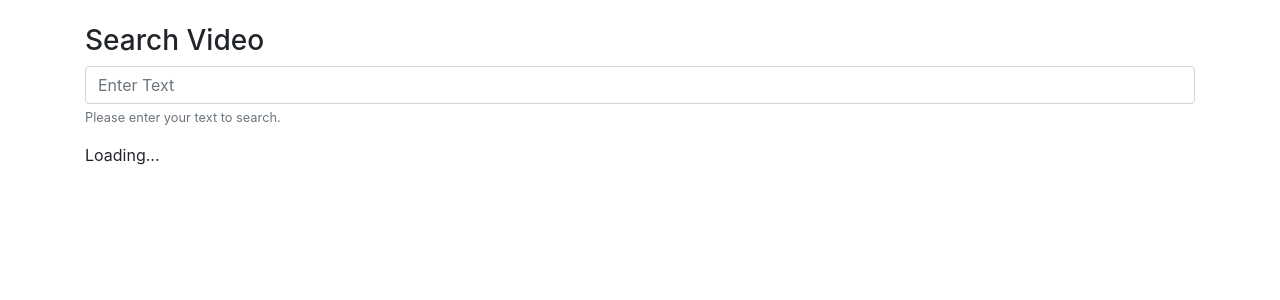
Repository: sushil50889/react-video-search-with-axios
Page: /
These files come from the project's save history. The page is drawn as it stood at one moment and after the next save; the edit follows.
The browser window is 1280 px wide. The pictures show the whole page.
The page's requests for data from a server got no answer. The project was rebuilt for these pictures with package versions that can differ from the ones it lists, and the page was loaded fresh each time. No one was signed in, and anything a server would have sent is missing. Also part of the build but not shown: src/components/main.css, src/components/VideoItem.js.

Above is the page before, as saved 2020-03-22 20:38:47.

### src/index.js
import React from 'react';
import ReactDOM from 'react-dom';
import 'bootstrap/dist/css/bootstrap.min.css';
import './index.css';
import App from './components/App';
import * as serviceWorker from './serviceWorker';

ReactDOM.render(<App />, document.getElementById('root'));

// If you want your app to work offline and load faster, you can change
// unregister() to register() below. Note this comes with some pitfalls.
// Learn more about service workers: https://bit.ly/CRA-PWA

// AIzaSyCi6pP5o8eemX4FbU9m6fp5xMJQnKjU0lE
serviceWorker.register();

### src/index.css
body {
  margin: 0;
  font-family: -apple-system, BlinkMacSystemFont, 'Segoe UI', 'Roboto', 'Oxygen',
    'Ubuntu', 'Cantarell', 'Fira Sans', 'Droid Sans', 'Helvetica Neue',
    sans-serif;
  -webkit-font-smoothing: antialiased;
  -moz-osx-font-smoothing: grayscale;
}

code {
  font-family: source-code-pro, Menlo, Monaco, Consolas, 'Courier New',
    monospace;
}

.details-text {
  font-size: 12.5px;
}

.title-text {
  font-size: 15px;
  line-height: 1.1;
  font-weight: 600;
  margin-bottom: 5px;
}

### src/components/App.js
import React from 'react';
import Search from './SearchBar';
import api from '../api/apiCalls';
import VideoList from './VideoList';
import {Container, Row, Col} from 'react-bootstrap';
import VideoDetail from './VideoDetail';


class App extends React.Component {

    state = { videos: [], selectedVideo: null };

    componentDidMount(){
        this.onTermSubmit('children toy');
    }

    onVideoSelect = video => {
        console.log('selected video data : >>>>>> ', video);
        this.setState({ selectedVideo: video });
    };

    onTermSubmit = (term)=>{
        console.log("Search term : >>> ", term);
        api.getYoutubeVideos(term).then((data) => {
            console.log('video search data : ', data);
            this.setState({ videos: data.data.items });
            this.setState({ selectedVideo: this.state.videos[0] });
        }).catch((err) => {
            console.log('image search error : ', err);
        })
    }

    render() {
        return (
            <div>
                <Container>
                    <Search onFromSubmit={this.onTermSubmit}/>
                    <Row>
                        <Col sm={8}>
                            <div className="eleven wide column">
                                <VideoDetail video={this.state.selectedVideo} />
                            </div>
                        </Col>
                        <Col sm={4}>
                        <div>
                            <VideoList onVideoSelect={this.onVideoSelect} videos={this.state.videos}/>
                        </div>
                        </Col>
                    </Row>
                </Container>
            </div>
        )
    }
}

export default App;

### src/components/SearchBar.js
import React from 'react';
// import InputGroup from 'react-bootstrap/InputGroup';
import Form from 'react-bootstrap/Form';
import Container from 'react-bootstrap/Container';

class Search extends React.Component {
    state = {
        searchTerm: ''
    };

    onChangeSearchText = (event)=>{
        this.setState({searchTerm: event.target.value});
    }

    onFormSubmit = event => {
        event.preventDefault();
        this.props.onFromSubmit(this.state.searchTerm);
    };

    render() {
        return (
            <div className="mt-4">

                    <Form onSubmit={this.onFormSubmit}>
                        <Form.Group controlId="formBasicEmail">
                            <h3>Search Video</h3>
                            <Form.Control type="search" placeholder="Enter Text" value={this.state.searchTerm} onChange={this.onChangeSearchText}/>
                            <Form.Text className="text-muted">
                                Please enter your text to search.
                            </Form.Text>
                        </Form.Group>
                    </Form>

            </div>
        )
    }
}

export default Search;

### src/api/apiCalls.js
import youtube from './config';
const apiCall = {};



apiCall.getYoutubeVideos = (term) => {
    return new Promise((resolve, reject)=>{
        const response = youtube.get('/search', {
            params: { q: term }
        });

        if(response){
            resolve(response);
        }else{
            reject(null);
        }
    })
}



export default apiCall;

### src/components/VideoList.js
import React from 'react';
import VideoItem from './VideoItem';

const VideoList = ({ videos, onVideoSelect }) => {
  const renderedList = videos.map(video => {
    return (
      <VideoItem
        key={video.id.videoId}
        onVideoSelect={onVideoSelect}
        video={video}
      />
    );
  });

  return <div>{renderedList}</div>;
};

export default VideoList;

### src/components/VideoDetail.js
import React from 'react';
import {Card, ResponsiveEmbed} from 'react-bootstrap';
import './main.css';


const VideoDetail = ({ video }) => {
  if (!video) {
    return <div>Loading...</div>;
  }

  const videoSrc = `https://www.youtube.com/embed/${video.id.videoId}`;

  return (
    <div>

        <div className="frame">
            <ResponsiveEmbed aspectRatio="16by9">
                <iframe title="video player" src={videoSrc} />
            </ResponsiveEmbed>
        </div>
        <Card className="mt-2">
            <Card.Body>
                <Card.Title>{video.snippet.title}</Card.Title>
                <Card.Text className="details-text">
                {video.snippet.description}
                </Card.Text>
            </Card.Body>
        </Card>
    </div>
  );
};

export default VideoDetail;

### src/api/config.js
import axios from 'axios';
import helper from '../helper/helper';

export default axios.create({
  baseURL: `${helper.youtube.baseUrl}`,
  params: {
    part: 'snippet',
    type: 'video',
    maxResults: 5,
    key: `${helper.youtube.apiKey}`
  }
});

### src/helper/helper.js
const helper = {};


helper.youtube = {
    baseUrl: 'https://www.googleapis.com/youtube/v3',
    apiKey: 'AIzaSyCi6pP5o8eemX4FbU9m6fp5xMJQnKjU0lE',
}


export default helper;

Loaded but not shown: public/index.html (common file); src/serviceWorker.js (common file)

After the next save:
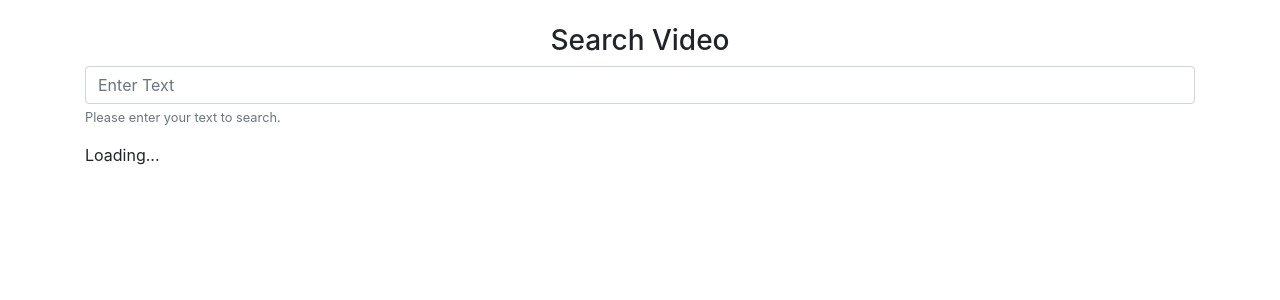
Saved 31 s later.
--- a/src/components/SearchBar.js
+++ b/src/components/SearchBar.js
@@ -23,7 +23,7 @@ class Search extends React.Component {
 
                     <Form onSubmit={this.onFormSubmit}>
                         <Form.Group controlId="formBasicEmail">
-                            <h3>Search Video</h3>
+                            <h3 className="text-center">Search Video</h3>
                             <Form.Control type="search" placeholder="Enter Text" value={this.state.searchTerm} onChange={this.onChangeSearchText}/>
                             <Form.Text className="text-muted">
                                 Please enter your text to search.
